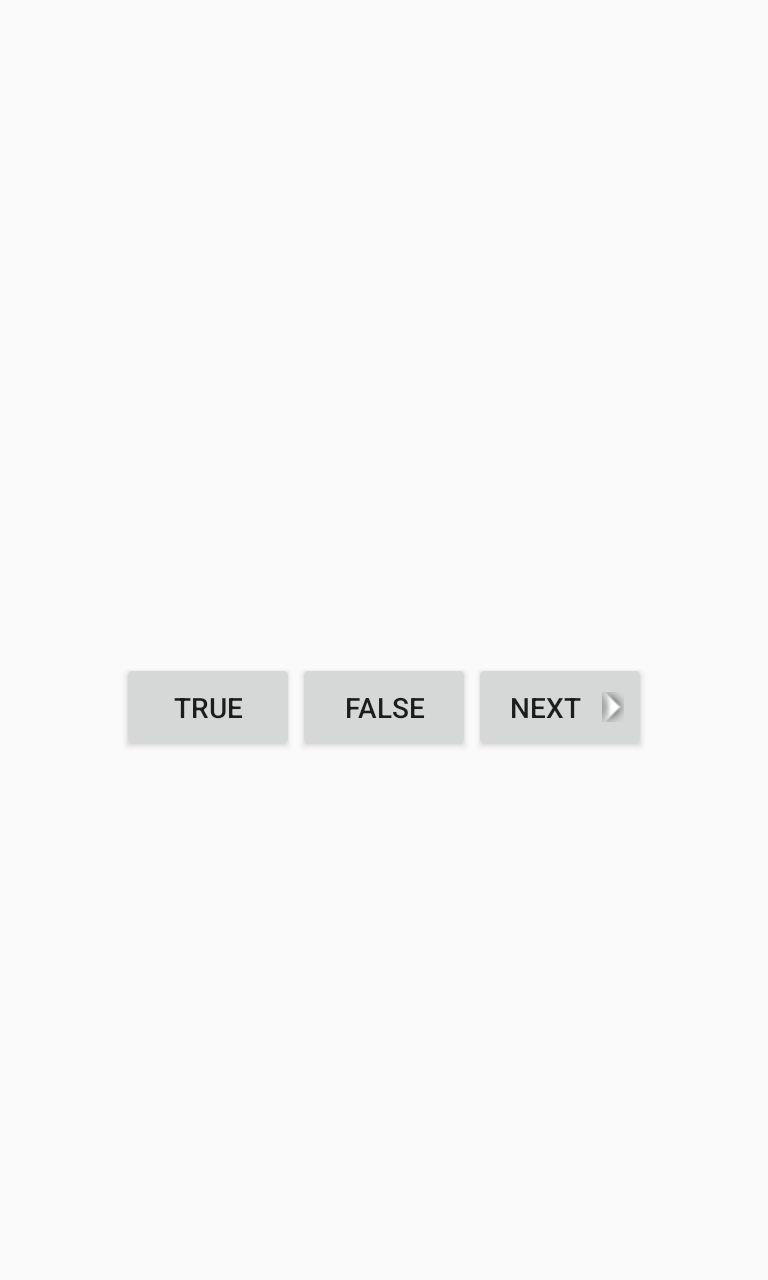
Repository: DaleJulian/AndroidTraining
Layout: GeoQuiz/res/layout/activity_quiz.xml
The author's editor kept a copy of each file at every save. The layout is drawn from the files as they stood at one save, then again after the next save.
It is drawn on a 768 x 1280 px phone screen (xhdpi) without system bars, with theme AppTheme; the app's code is not run.

Above is the layout before, as saved 2015-05-26 02:18:51.

After the next save:
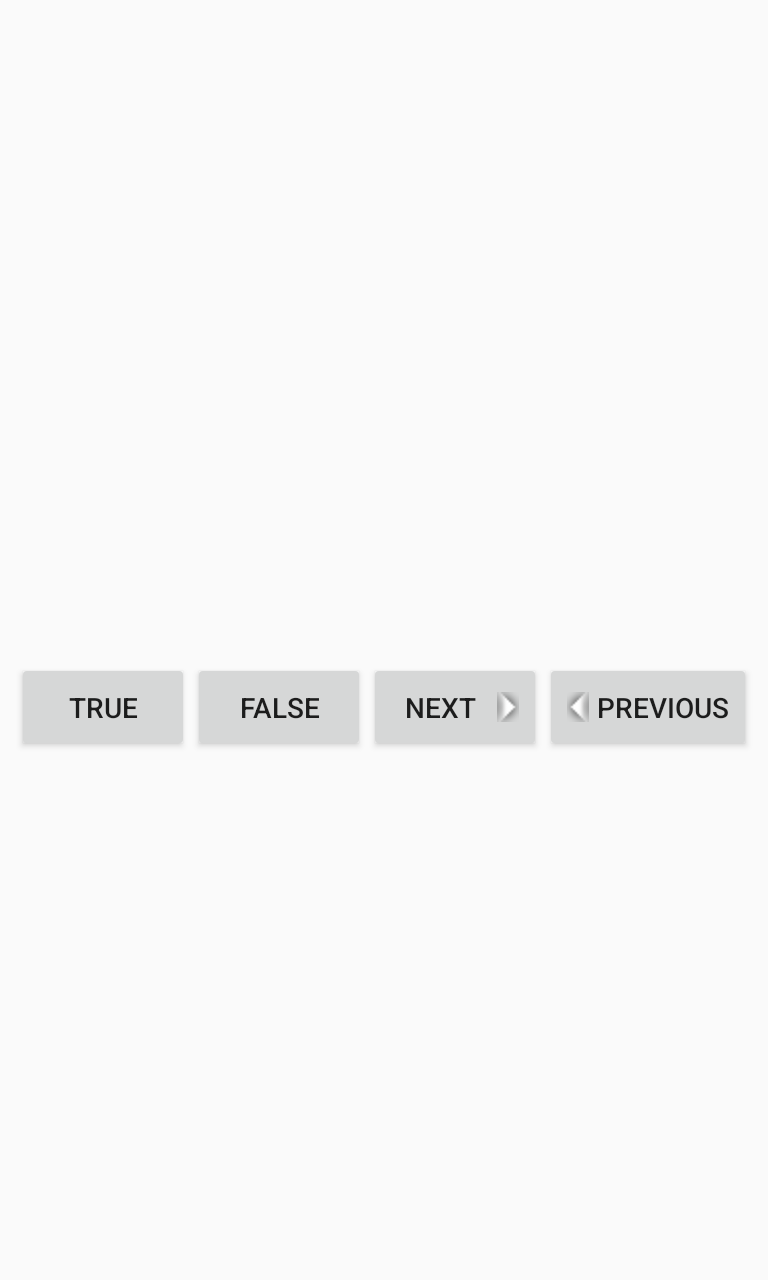
Saved 63 s later.
--- a/GeoQuiz/res/layout/activity_quiz.xml
+++ b/GeoQuiz/res/layout/activity_quiz.xml
@@ -33,6 +33,12 @@
 		    android:drawableRight="@drawable/arrow_right"
 		    android:drawablePadding="4dp"/>
 		<Button
+		    android:id="@+id/previous)Button"
+		    android:layout_width="wrap_content"
+		    android:layout_height="wrap_content"
+		    android:text="@string/button_previous"
+		    android:drawableLeft="@drawable/arrow_left"
+		    android:drawablePadding="4dp"
 		    />
 	</LinearLayout>
 
